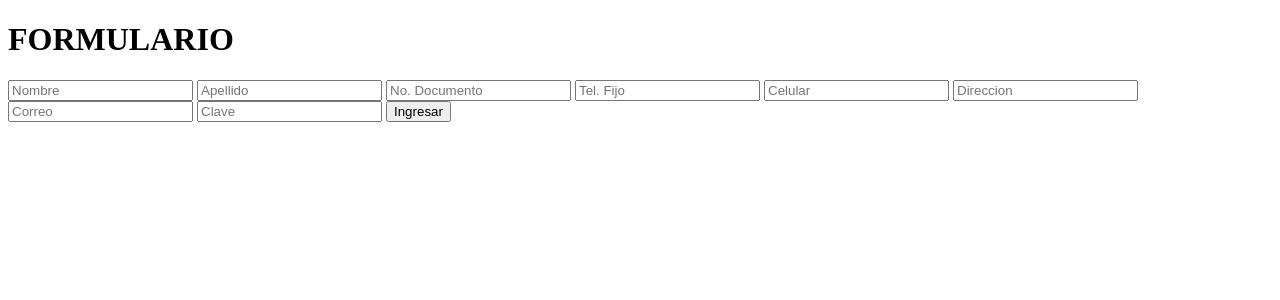
Repository: DA5CH25/kohaku_php
Page: http://localhost/kohaku_php/views/modules/ingresar.php
An editor plug-in stored every save of this project. The page is shown before and after the next save, followed by the edit.
The browser window is 1280 px wide. The pictures show the whole page.
The page is run by PHP 8.4 with error messages shown; the project is at /var/www/html/.

Above is the page before, as saved 2021-05-16 19:31:52.

### views/modules/ingresar.php
<!DOCTYPE html>
<html lang="en">
<head>
	<meta charset="UTF-8" />
	<title>Roles</title>
</head>
<body>
	<header>
		<h1>FORMULARIO </h1>
		<h2></h2>
	</header>

	<form action="" method="POST">
		<input name="nombre" placeholder="Nombre" />
		<input name="apellido" placeholder="Apellido" />
		<input name="numero_identificacion" placeholder="No. Documento" />
		<input name="telefono_fijo" placeholder="Tel. Fijo" />
		<input name="telefono_movil" placeholder="Celular" />
		<input name="direccion" placeholder="Direccion" />
		<input name="correo_electronico" placeholder="Correo" />
		<input name="clave" placeholder="Clave" />
		<input type="submit" value="Ingresar" />
	</form>
</body>
</html>

After the next save:
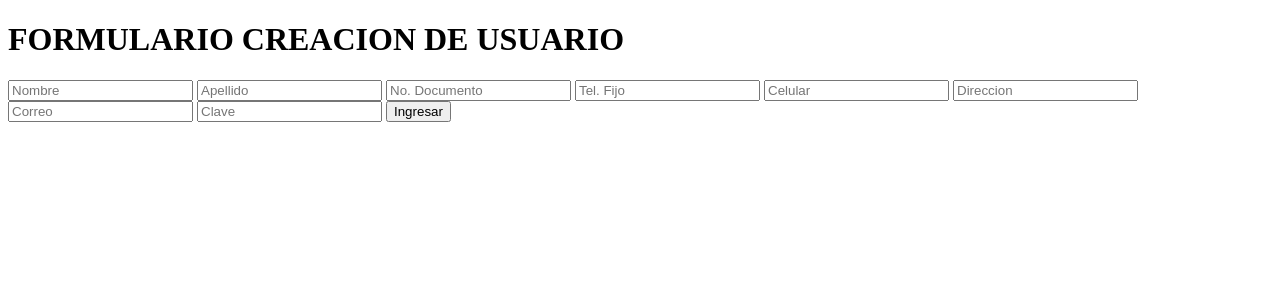
Saved 5 s later.
--- a/views/modules/ingresar.php
+++ b/views/modules/ingresar.php
@@ -6,7 +6,7 @@
 </head>
 <body>
 	<header>
-		<h1>FORMULARIO </h1>
+		<h1>FORMULARIO CREACION DE USUARIO</h1>
 		<h2></h2>
 	</header>
 
